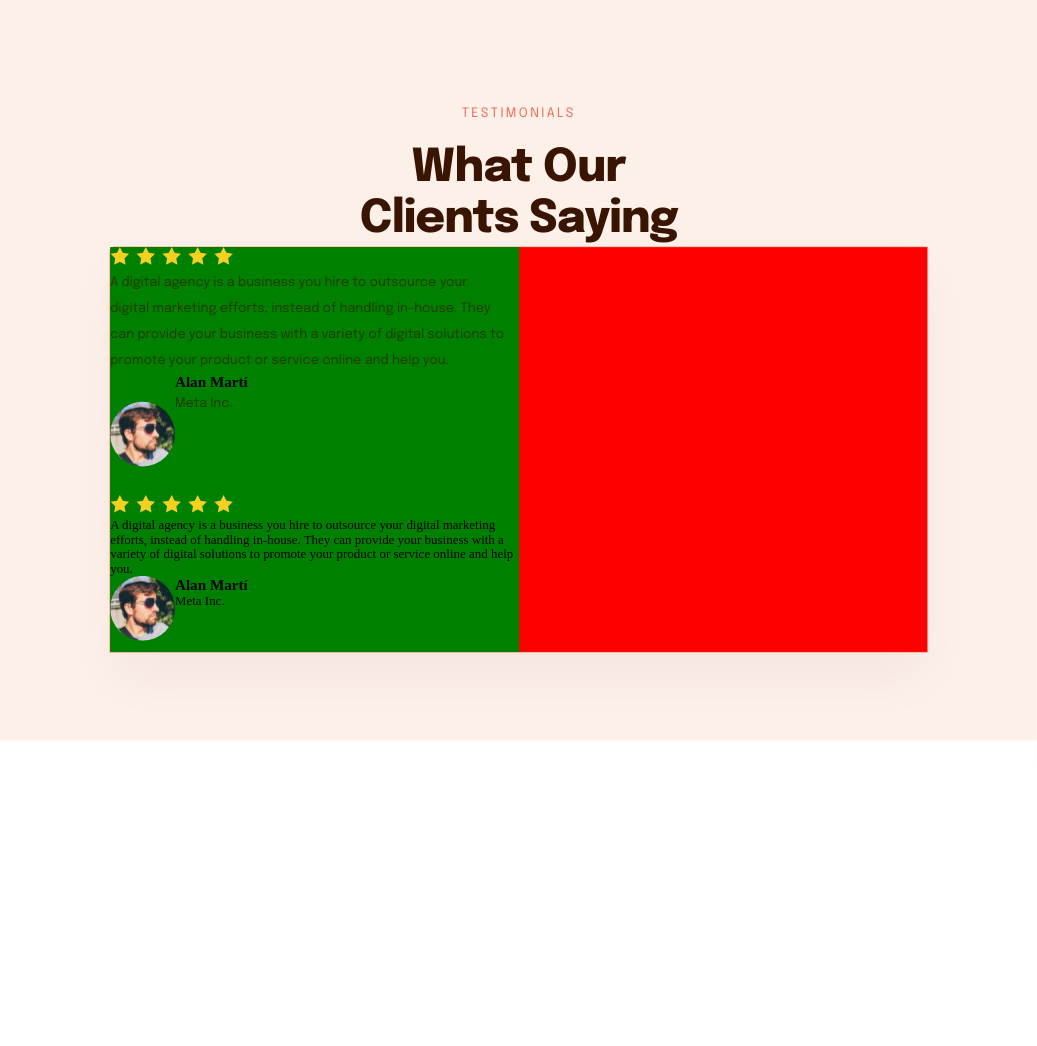
Repository: simralgasimov/task
Page: index.html
These files come from the project's save history. The page is drawn as it stood at one moment and after a run of saves; the edit follows.
The browser window is 1280 px wide. The pictures show the whole page, at 81% of full size.

Above is the page before, as saved 2023-09-06 13:35:40.

After the next 2 saves:
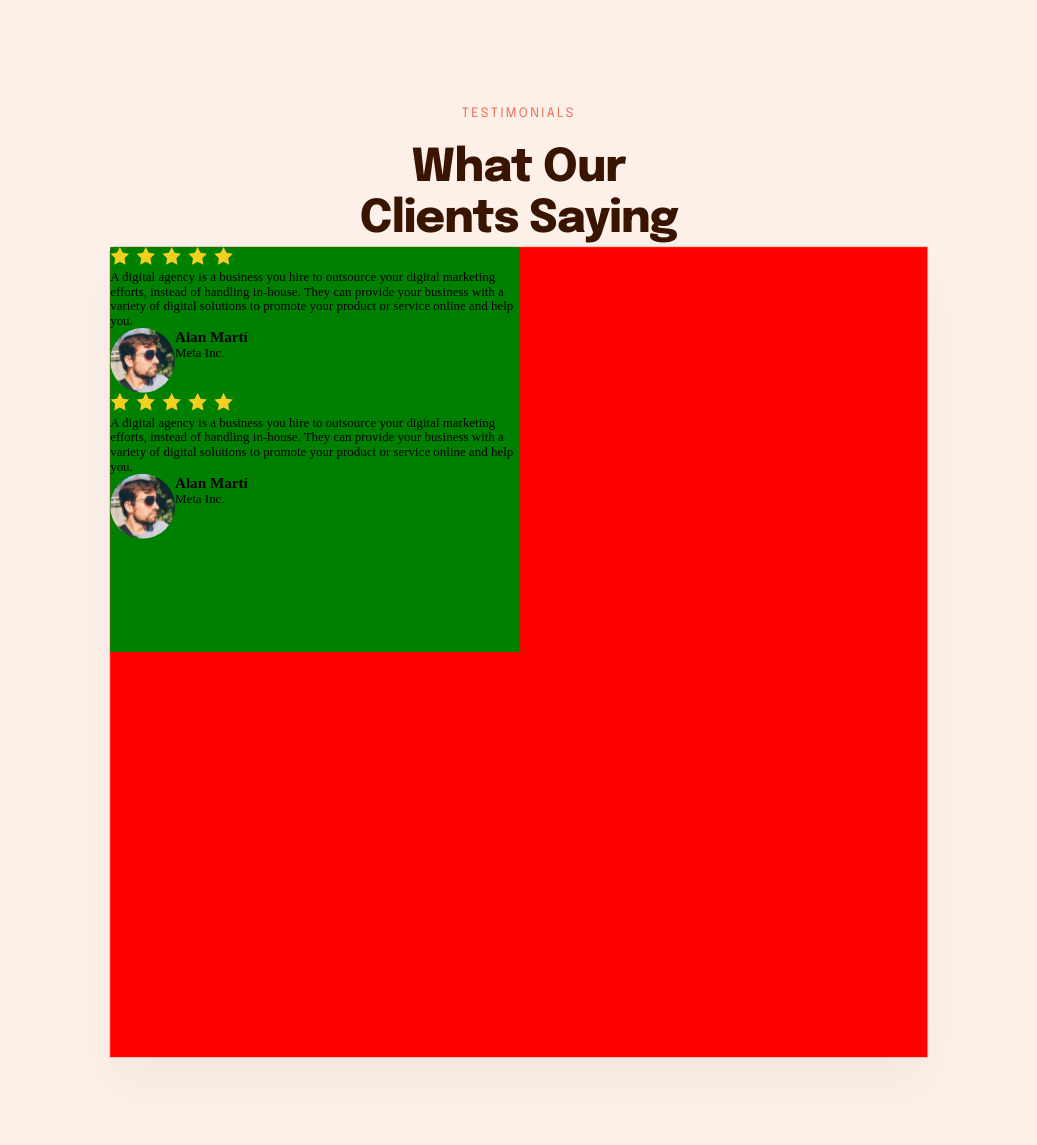
The 2 saves are shown as one change because they came seconds apart.
The last was saved 6 s later.
--- a/index.html
+++ b/index.html
@@ -15,8 +15,8 @@
       </h2>
       <div class="comment">
         <div class="left-box">
-          <div class="first-box">
-            <div class="box-1">
+
+            <div class="box">
               <img src="./img/star.svg" alt="" />
               <p>
                 A digital agency is a business you hire to outsource your digital
